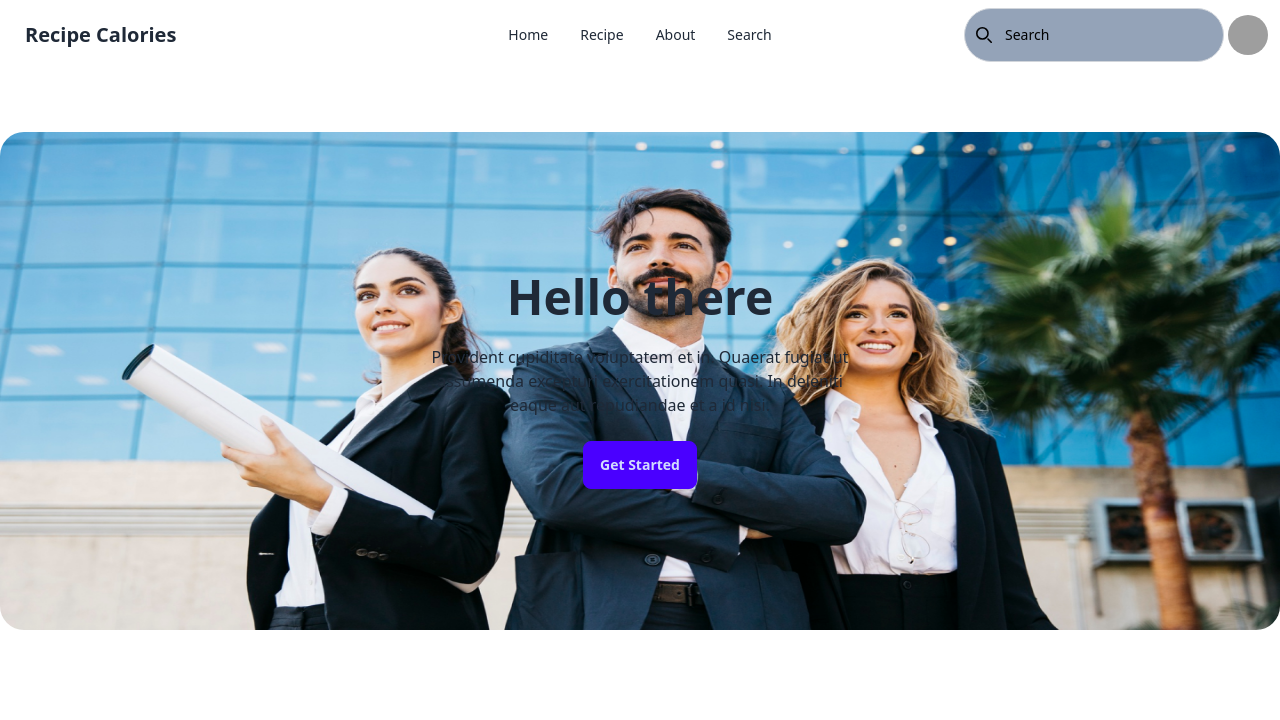
Repository: RudrasahaDibos/Chefs-table
Page: /
The author's editor kept a copy of each file at every save. The page is drawn from the files as they stood at one save, then again after a run of saves.
The browser window is 1280 px wide. The pictures show the whole page.
Pictures or frames that could not be fetched are drawn as grey boxes. The project was rebuilt for these pictures with package versions that can differ from the ones it lists, and the page was loaded fresh each time. Also part of the build but not shown: vite.config.js, src/App.css.

Above is the page before, as saved 2024-12-19 09:47:09.

### src/App.jsx

import './App.css'
import Banner from './Component/Banner/Banner'
import Header from './Component/Header/Header'
import Recipes from './Component/Recipes/Recipes'

function App() {


  return (
    <div className='container mx-auto'>
        <Header></Header>
        <Banner></Banner>
        <Recipes></Recipes>

    </div>
  )
}

export default App

### src/Component/Banner/Banner.jsx
import img from '../Banner/Image/Rectangle 12.png'

const Banner = () => {
    return (
        <div className='max-w-7xl mx-auto '>
            <div className="hero ">
     <img src={img} alt="" className='h-4/5 w-full rounded-3xl' />
  <div className="hero-content text-center">
    <div className="max-w-md">
      <h1 className="text-5xl font-bold">Hello there</h1>
      <p className="py-6">
        Provident cupiditate voluptatem et in. Quaerat fugiat ut assumenda excepturi exercitationem
        quasi. In deleniti eaque aut repudiandae et a id nisi.
      </p>
      <button className="btn btn-primary">Get Started</button>
    </div>
  </div>
</div>
        </div>
    );
};

export default Banner;

### src/Component/Header/Header.jsx

const Header = () => {
    return (
        <div className="max-w-7xl mx-auto">
              <div className="navbar bg-base-100">
  <div className="navbar-start">
    <div className="dropdown">
      <div tabIndex="0" role="button" className="btn btn-ghost lg:hidden">
        <svg
          xmlns="http://www.w3.org/2000/svg"
          className="h-5 w-5"
          fill="none"
          viewBox="0 0 24 24"
          stroke="currentColor">
          <path
            strokeLinecap="round"
            strokeLinejoin="round"
            strokeWidth="2"
            d="M4 6h16M4 12h8m-8 6h16" />
        </svg>
      </div>
      <ul
        tabIndex="0"
        className="menu menu-sm dropdown-content bg-base-100 rounded-box z-[1] mt-3 w-52 p-2 shadow">
        <li><a>Home</a></li>
      <li><a>Recipe</a></li>
      <li><a>About</a></li>
      <li><a>Search</a></li>
      </ul>
    </div>
    <a className="btn btn-ghost text-xl font-bold">Recipe Calories</a>
  </div>
  <div className="navbar-center hidden lg:flex">
    <ul className="menu menu-horizontal px-1">
      <li><a>Home</a></li>
      <li><a>Recipe</a></li>
      <li><a>About</a></li>
      <li><a>Search</a></li>
    </ul>
  </div>
  <div className="navbar-end ">
  <div className="form-control ">


<form className="max-w-md mx-auto">
    <div className="relative">
        <div className="absolute inset-y-0 start-0 flex items-center ps-3 pointer-events-none">
            <svg className="w-4 h-4 text-black dark:text-gray-400" aria-hidden="true" xmlns="http://www.w3.org/2000/svg" fill="none" viewBox="0 0 20 20">
                <path stroke="currentColor" strokeLinecap="round" strokeLinejoin="round" strokeWidth="2" d="m19 19-4-4m0-7A7 7 0 1 1 1 8a7 7 0 0 1 14 0Z"/>
            </svg>
        </div>
        <input type="search" id="default-search" className="block w-full p-4 ps-10 text-sm text-black border border-gray-300  bg-slate-400 focus:ring-blue-500 rounded-full focus:border-blue-500 dark:bg-gray-700 dark:border-gray-600 placeholder-black dark:text-white dark:focus:ring-blue-500 dark:focus:border-blue-500" placeholder="Search " required />

    </div>
</form>


    </div>
    <div tabIndex="0" role="button" className="btn btn-ghost btn-circle avatar">
        <div className="w-10 rounded-full">
          <img
            alt="Tailwind CSS Navbar component"
            src="https://img.daisyui.com/images/stock/photo-1534528741775-53994a69daeb.webp" />
        </div>
      </div>
  </div>
</div>
        </div>
    );
};

export default Header;

### src/Component/Recipes/Recipes.jsx
import React from 'react';

const Recipes = () => {
    return (
        <div>

        </div>
    );
};

export default Recipes;

Loaded but not shown: index.html (common file); src/main.jsx (common file); src/index.css (common file); tailwind.config.js (common file)

After the next 2 saves:
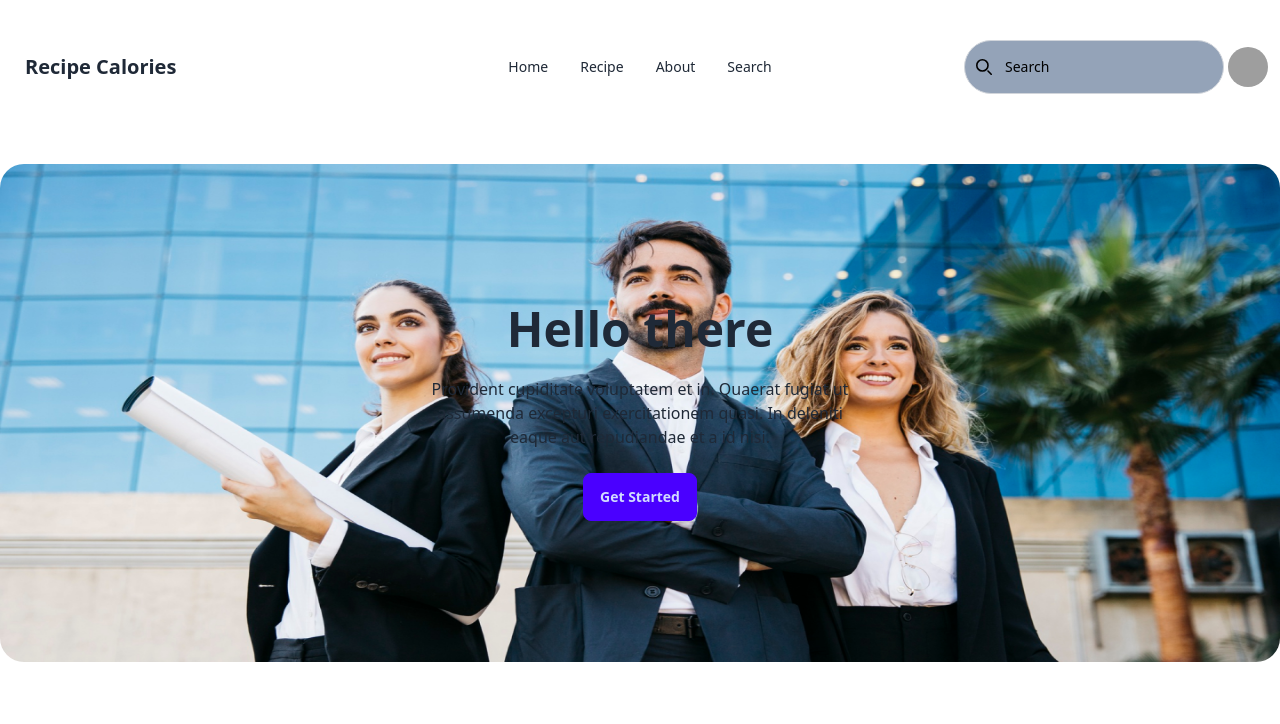
The 2 saves are shown as one change because they came seconds apart.
The last was saved 14 s later.
--- a/src/Component/Header/Header.jsx
+++ b/src/Component/Header/Header.jsx
@@ -1,7 +1,7 @@
 
 const Header = () => {
     return (
-        <div className="max-w-7xl mx-auto">
+        <div className="max-w-7xl mx-auto mt-8">
               <div className="navbar bg-base-100">
   <div className="navbar-start">
     <div className="dropdown">
